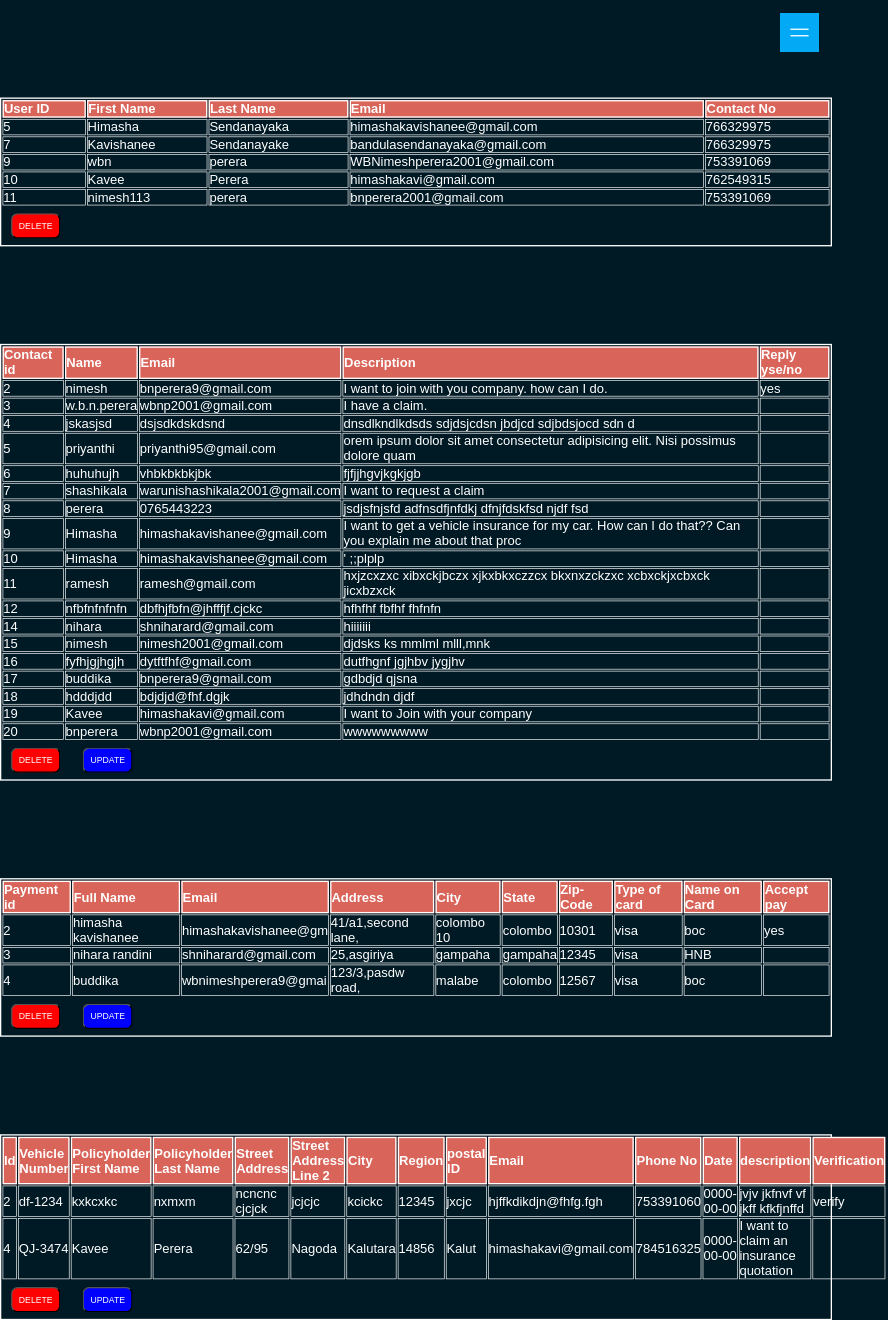
Repository: Nihara-R/Vehicle-Insurance-Portal
Page: http://localhost/admin.php
The author's editor kept a copy of each file at every save. The page is drawn from the files as they stood at one save, then again after the next save.
The browser window is 1280 px wide. The page is 1364 px wide, then 1366 px, so the pictures cover 1366 px, including what lies to the right of the window. The pictures show the whole page, at 65% of full size.
The page is run by PHP 8.4 with error messages shown; the project is at /var/www/html/. The database holds what the project's SQL file puts in it.

Above is the page before, as saved 2023-06-29 10:31:19.

### admin.php

<!DOCTYPE html>
<html lang="en">
<head>
    <meta charset="UTF-8">
    <meta http-equiv="X-UA-Compatible" content="IE=edge">
    <meta name="viewport" content="width=device-width, initial-scale=1.0">
    <title>admin</title>
    <link rel="stylesheet" href="css/admin.css">
</head>
<body>

    <div id="toggle"></div>
    <div id="sidebar">
        <ul>
           <li><a href="index.php">home</a></li>
           <li onclick="toggle0()"><a href="#">User</a></li>
           <li onclick="toggle1()"><a href="#">Message</a></li>
           <li onclick="toggle2()"><a href="#">Payment</a></li>
           <li onclick="toggle3()"><a href="#">claim</a></li>
        </ul>
    </div>

    <script>
        const toggle = document.getElementById('toggle');
        const sidebar = document.getElementById('sidebar');

        document.onclick = function(e){
            if(e.target.id !== 'sidebar' && e.target.id !== 'toggle')
            {
                toggle.classList.remove('active');
                sidebar.classList.remove('active');
            }
        }
        toggle.onclick = function(){
            toggle.classList.toggle('active');
            sidebar.classList.toggle('active');
        }
        function toggle0(){
            var x = document.getElementById('user');

            if(x.style.display === "none"){
                x.style.display = "block";
            }
            else{
                x.style.display ="none";
            }
        }

        function toggle1(){
            var x = document.getElementById('sowdata');

            if(x.style.display === "none"){
                x.style.display = "block";
            }
            else{
                x.style.display ="none";
            }
        }
        function toggle2(){
            var x = document.getElementById('showpay');

            if(x.style.display === "none"){
                x.style.display = "block";
            }
            else{
                x.style.display ="none";
            }
        }

        function toggle3(){
            var x = document.getElementById('sowclaim');

            if(x.style.display === "none"){
                x.style.display = "block";
            }
            else{
                x.style.display ="none";
            }
        }

    </script>


    <div id="user">
        <table>
        <tr>
          <th>User ID</th>
          <th>First Name</th>
            <th>Last Name</th>
            <th>Email</th>
            <th>Contact No</th>

        </tr>

        <?php
        include 'include/dbh.inc.php';

        $sql = "SELECT userid,firstname,lastname,useremail,contactno FROM singup";
        $result = $connection->query($sql);

        if($result -> num_rows > 0)
        {
            while($row = $result-> fetch_assoc()){
               echo "<tr><td>". $row['userid']." </td><td>". $row['firstname']." </td><td>". $row['lastname']." </td><td>". $row['useremail']."</td><td>".$row["contactno"]."</td></tr>";
            }
            echo "</table>";
        }
        else{
            echo "0 result";
        }
        $connection-> close();
        ?>
        </table>
        <a href="delet.php"><button type="button" name="button">DELETE</button></a>

    </div>






<div id="sowdata">
    <table>
    <tr>
        <th>Contact id</th>
        <th>Name</th>
        <th>Email</th>
        <th>Description</th>
        <th>Reply yse/no</th>
    </tr>

    <?php
    include 'include/dbh.inc.php';

    $sql = "SELECT id,name,email,description,reply FROM contactus";
    $result = $connection->query($sql);

    if($result -> num_rows > 0)
    {
        while($row = $result-> fetch_assoc()){
           echo "<tr><td>". $row['id']." </td><td>". $row['name']." </td><td>". $row['email']."</td><td>".$row["description"]."</td><td>".$row["reply"]."</td></tr>";
        }
        echo "</table>";
    }
    else{
        echo "0 result";
    }
    $connection-> close();
    ?>
    </table>
<a href="delete_contact.php"><button type="button" name="button">DELETE</button></a>
<a href="updatecontact.php"><button type="button" name="button" class="update">UPDATE</button></a>
</div>



<div id="showpay">
    <table>
    <tr>
      <th>Payment id</th>
        <th>Full Name</th>
        <th>Email</th>
        <th>Address</th>
        <th>City</th>
        <th>State</th>
        <th>Zip-Code</th>
        <th>Type of card</th>
        <th>Name on Card</th>
        <th>Accept pay</th>

    </tr>

    <?php
    include 'include/dbh.inc.php';

    $sql = "SELECT id,fullname,email,address,city,state,zipid,card,cardname,accept FROM payment";
    $result = $connection->query($sql);

    if($result -> num_rows > 0)
    {
        while($row = $result-> fetch_assoc()){
           echo "<tr><td>". $row['id']." </td><td>". $row['fullname']." </td><td>". $row['email']."</td><td>".$row["address"]."</td><td>".$row["city"]."</td><td>".$row["state"]."</td><td>".$row["zipid"]."</td><td>".$row["card"]."</td><td>".$row["cardname"]."</td><td>".$row["accept"]."</td></tr>";
        }
        echo "</table>";
    }
    else{
        echo "0 result";
    }
    $connection-> close();
    ?>
    </table>
<a href="delete_payment.php"><button type="button" name="button">DELETE</button></a>
<a href="paymentupdate.php"><button type="button" name="button" class="update">UPDATE</button></a>
</div>


<div id="sowclaim">
    <table>
    <tr>
        <th>Id</th>
        <th>Vehicle Number</th>
        <th>Policyholder First Name</th>
        <th>Policyholder Last Name</th>
        <th>Street Address</th>
        <th>Street Address Line 2</th>
        <th>City</th>
        <th>Region</th>
        <th>postal ID</th>
        <th>Email</th>
        <th>Phone No</th>
        <th>Date</th>
        <th>description</th>
        <th>Verification</th>
    </tr>

    <?php
    include 'include/dbh.inc.php';

    $sql = "SELECT id,vehicleNo,policyholderFnme,policyholderLname,streetAddress,streetAddressLine2,city,region,postalID,Email,phoneNo,verification,Date,discription FROM claim";
    $result = $connection->query($sql);

    if($result -> num_rows > 0)
    {
        while($row = $result-> fetch_assoc()){
           echo "<tr><td>". $row['id']." </td><td>". $row['vehicleNo']." </td><td>". $row['policyholderFnme']."</td><td>". $row['policyholderLname']."</td><td>". $row['streetAddress']."</td><td>". $row['streetAddressLine2']."</td><td>". $row['city']."</td><td>". $row['region']."</td><td>". $row['postalID']."</td><td>". $row['Email']."</td><td>". $row['phoneNo']."</td><td>". $row['Date']."</td><td>". $row['discription']."</td><td>".$row["verification"]."</td></tr>";
        }
        echo "</table>";
    }
    else{
        echo "0 result";
    }
    $connection-> close();
    ?>
    </table>
<a href="delete_claim.php"><button type="button" name="button">DELETE</button></a>
<a href="vehicleupdate.php"><button type="button" name="button" class="update">UPDATE</button></a>
</div>

</body>
</html>

### include/dbh.inc.php
<?php


$serverName = "localhost";
$dbUsername = "root";
$dbPassword = "";
$dbName = "nhr_insurence";

$connection =new mysqli($serverName, $dbUsername, $dbPassword, $dbName);

if($connection -> connect_error ){
    die("connection faild : ");
}

### css/admin.css
*{
    margin: 0;
    padding: 0;
    box-sizing: border-box;
    font-family: 'poppins',sans-serif;

}
body{
    background: #001a25;
}
#toggle{
    position: fixed;
    top :20px;
    right: 20px;
    width: 60px;
    height: 60px;
    background: #03a9f4;
    cursor: pointer;
    display: flex;
    justify-content: center;
    align-items: center;
}
#toggle::before{
    content: '';
    position: absolute;
    width: 28px;
    height: 2px;
    background: #fff;
    transform: translateY(-5px);
    transition: 0.2s;
}
#toggle::after{
    content: '';
    position: absolute;
    width: 28px;
    height: 2px;
    background: #fff;
    transform: translateY(5px);
    transition: 0.2s;
}
#toggle.active::before{
    transform: translateY(0px)rotate(45deg);
}
#toggle.active::after{
    transform: translateY(0px)rotate(-45deg);
}
#sidebar{
    position: fixed;
    top: 0;
    left: -300px;
    width: 300px;
    height: 100vh;
    background: #003147;
    transition: 0.5s;
}
#sidebar.active{
    left: 0px;
}
#sidebar ul{
    position: relative;
    margin-top: 50px;
}
#sidebar ul li{
    list-style: none;
    display: inline-block;
    width: 100%;
    padding: 10px 40px;
}
#sidebar ul li:hover{
    background: #03a9f4;
}
#sidebar ul li a{
   color: #fff;
   text-decoration: none;
   font-size: 1.5em;
   letter-spacing: 2px;

}
#user{
    color: white;
    margin-top: 150px;
    border: solid 2px white;
}
#sowdata{
    color: white;
    margin-top: 150px;
    border: solid 2px white;
}
#showpay{
    color: white;
    margin-top: 150px;
    border: solid 2px white;
}
#sowclaim{
    color: white;
    margin-top: 150px;
    border: solid 2px white;
}
a{
  padding: 5px;
  color: white;


}
button{
  margin: 10px;
  padding: 10px;
  border-radius: 10px;
  background-color: red;
  color: white;
}
.update{
  margin: 10px;
  padding: 10px;
  border-radius: 10px;
  background-color: blue;
  color: white;
}
table{

    width: 100%;
    font-family: monospace;
    font-size: 20px;
    text-align: left;
}
th{
    border: solid 2px white;
    background-color: #d96459;
    color: white;
}
td{
    border: solid 1px white;

}

### nhr_insurence.sql (the tables this page reads)
CREATE TABLE `claim` (
  `vehicleNo` varchar(10) NOT NULL,
  `id` int(11) NOT NULL,
  `agentFname` varchar(50) NOT NULL,
  `agentLname` varchar(50) NOT NULL,
  `policyholderFnme` varchar(50) NOT NULL,
  `policyholderLname` varchar(50) NOT NULL,
  `streetAddress` varchar(100) NOT NULL,
  `streetAddressLine2` varchar(100) NOT NULL,
  `city` varchar(20) NOT NULL,
  `region` varchar(20) NOT NULL,
  `postalID` varchar(5) NOT NULL,
  `Email` varchar(50) NOT NULL,
  `phoneNo` int(10) NOT NULL,
  `Date` date NOT NULL,
  `discription` varchar(800) NOT NULL,
  `verification` varchar(10) NOT NULL
) ENGINE=InnoDB DEFAULT CHARSET=utf8mb4;

INSERT INTO `claim` (`vehicleNo`, `id`, `agentFname`, `agentLname`, `policyholderFnme`, `policyholderLname`, `streetAddress`, `streetAddressLine2`, `city`, `region`, `postalID`, `Email`, `phoneNo`, `Date`, `discription`, `verification`) VALUES
('df-1234', 2, 'cncjc', 'ncmcmc', 'kxkcxkc', 'nxmxm', 'ncncnc cjcjck', 'jcjcjc', 'kcickc', '12345', 'jxcjc', 'hjffkdikdjn@fhfg.fgh', 753391060, '0000-00-00', 'jvjv jkfnvf vf jkff kfkfjnffd ', 'verify'),
('QJ-3474', 4, 'Buddika', 'Perera', 'Kavee', 'Perera', '62/95', 'Nagoda', 'Kalutara', '14856', 'Kalut', 'himashakavi@gmail.com', 784516325, '0000-00-00', 'I want to claim an insurance quotation', '');

ALTER TABLE `claim`
  ADD PRIMARY KEY (`id`);

ALTER TABLE `claim`
  MODIFY `id` int(11) NOT NULL AUTO_INCREMENT, AUTO_INCREMENT=5;

CREATE TABLE `contactus` (
  `id` int(11) NOT NULL,
  `name` varchar(30) NOT NULL,
  `email` varchar(30) NOT NULL,
  `description` varchar(100) NOT NULL,
  `reply` varchar(10) NOT NULL
) ENGINE=InnoDB DEFAULT CHARSET=utf8mb4;

INSERT INTO `contactus` (`id`, `name`, `email`, `description`, `reply`) VALUES
(2, 'nimesh', 'bnperera9@gmail.com', 'I want to join with you company. how can I do.', 'yes'),
(3, 'w.b.n.perera', 'wbnp2001@gmail.com', 'I have a claim.', ''),
(4, 'jskasjsd', 'dsjsdkdskdsnd', 'dnsdlkndlkdsds sdjdsjcdsn jbdjcd sdjbdsjocd sdn d  ', ''),
(5, 'priyanthi', 'priyanthi95@gmail.com', 'orem ipsum dolor sit amet consectetur adipisicing elit. \r\n                Nisi possimus dolore quam ', ''),
(6, 'huhuhujh', 'vhbkbkbkjbk', 'fjfjjhgvjkgkjgb', ''),
(7, 'shashikala', 'warunishashikala2001@gmail.com', 'I want to request a claim', ''),
(8, 'perera', '0765443223', 'jsdjsfnjsfd adfnsdfjnfdkj dfnjfdskfsd njdf fsd', ''),
(9, 'Himasha', 'himashakavishanee@gmail.com', 'I want to get a vehicle insurance for my car. How can I do that?? Can you explain me about that proc', ''),
(10, 'Himasha', 'himashakavishanee@gmail.com', '\'\r\n;;plplp', ''),
(11, 'ramesh', 'ramesh@gmail.com', 'hxjzcxzxc xibxckjbczx xjkxbkxczzcx bkxnxzckzxc xcbxckjxcbxck jicxbzxck ', ''),
(12, 'nfbfnfnfnfn', 'dbfhjfbfn@jhfffjf.cjckc', 'hfhfhf fbfhf fhfnfn', ''),
(14, 'nihara', 'shniharard@gmail.com', 'hiiiiiii', ''),
(15, 'nimesh', 'nimesh2001@gmail.com', 'djdsks ks mmlml mlll,mnk ', ''),
(16, 'fyfhjgjhgjh', 'dytftfhf@gmail.com', 'dutfhgnf jgjhbv jygjhv', ''),
(17, 'buddika', 'bnperera9@gmail.com', 'gdbdjd qjsna', ''),
(18, 'hdddjdd', 'bdjdjd@fhf.dgjk', 'jdhdndn djdf ', ''),
(19, 'Kavee', 'himashakavi@gmail.com', 'I want to Join with your company', ''),
(20, 'bnperera', 'wbnp2001@gmail.com', 'wwwwwwwww', '');

ALTER TABLE `contactus`
  ADD PRIMARY KEY (`id`);

ALTER TABLE `contactus`
  MODIFY `id` int(11) NOT NULL AUTO_INCREMENT, AUTO_INCREMENT=21;

CREATE TABLE `payment` (
  `id` int(11) NOT NULL,
  `fullname` varchar(30) NOT NULL,
  `email` varchar(20) NOT NULL,
  `address` varchar(30) NOT NULL,
  `city` varchar(20) NOT NULL,
  `state` varchar(10) NOT NULL,
  `zipid` varchar(10) NOT NULL,
  `card` varchar(20) NOT NULL,
  `cardname` varchar(20) NOT NULL,
  `cardnumber` varchar(20) NOT NULL,
  `expmonth` varchar(2) NOT NULL,
  `expyear` varchar(4) NOT NULL,
  `cvv` varchar(3) NOT NULL,
  `accept` varchar(10) NOT NULL
) ENGINE=InnoDB DEFAULT CHARSET=utf8mb4;

INSERT INTO `payment` (`id`, `fullname`, `email`, `address`, `city`, `state`, `zipid`, `card`, `cardname`, `cardnumber`, `expmonth`, `expyear`, `cvv`, `accept`) VALUES
(2, 'himasha kavishanee', 'himashakavishanee@gm', '41/a1,second lane,', 'colombo 10', 'colombo', '10301', 'visa', 'boc', '1234 4563 6758 1045', '25', '27', '321', 'yes'),
(3, 'nihara randini', 'shniharard@gmail.com', '25,asgiriya', 'gampaha', 'gampaha', '12345', 'visa', 'HNB', '1234 6745 9100 2657', '05', '2023', '564', ''),
(4, 'buddika', 'wbnimeshperera9@gmai', '123/3,pasdw road,', 'malabe', 'colombo', '12567', 'visa', 'boc', '1234123412341234', '23', '1234', '456', '');

ALTER TABLE `payment`
  ADD PRIMARY KEY (`id`);

ALTER TABLE `payment`
  MODIFY `id` int(11) NOT NULL AUTO_INCREMENT, AUTO_INCREMENT=6;

CREATE TABLE `singup` (
  `userid` int(11) NOT NULL,
  `firstname` varchar(50) NOT NULL,
  `lastname` varchar(50) NOT NULL,
  `useremail` varchar(50) NOT NULL,
  `contactno` int(10) NOT NULL,
  `upassword` varchar(140) NOT NULL,
  `repassword` varchar(140) NOT NULL
) ENGINE=InnoDB DEFAULT CHARSET=utf8mb4;

INSERT INTO `singup` (`userid`, `firstname`, `lastname`, `useremail`, `contactno`, `upassword`, `repassword`) VALUES
(5, 'Himasha', 'Sendanayaka', 'himashakavishanee@gmail.com', 766329975, '$2y$10$BdEeVrkRBfgVwoxfnS/BBuWzGPKhWpSRyY1XqZORYwhRVNypTHIda', ''),
(7, 'Kavishanee', 'Sendanayake', 'bandulasendanayaka@gmail.com', 766329975, '$2y$10$qGwmeQBmTBH8a8HqZDKCEuhKPxCZXyESKW2KSuVsiPb5JY4lQFJDC', ''),
(9, 'wbn', 'perera', 'WBNimeshperera2001@gmail.com', 753391069, '$2y$10$sV3t.38YVo9MssHmW2Yop.yVPBq04.wO096Z2pTmrxvwN8QXjRpUG', ''),
(10, 'Kavee', 'Perera', 'himashakavi@gmail.com', 762549315, '$2y$10$livUo3GHu0VH34.peVcxku4P8JmxgWXRoJiPwFYkHpXpYzTu//AJi', ''),
(11, 'nimesh113', 'perera', 'bnperera2001@gmail.com', 753391069, '$2y$10$U3u.75SqN3qfajOHTmlUbu4xUiKk7YUlIf4qW9p2mi.Z9Lq8HDqyu', '');

ALTER TABLE `singup`
  ADD PRIMARY KEY (`userid`);

ALTER TABLE `singup`
  MODIFY `userid` int(11) NOT NULL AUTO_INCREMENT, AUTO_INCREMENT=12;

After the next save:
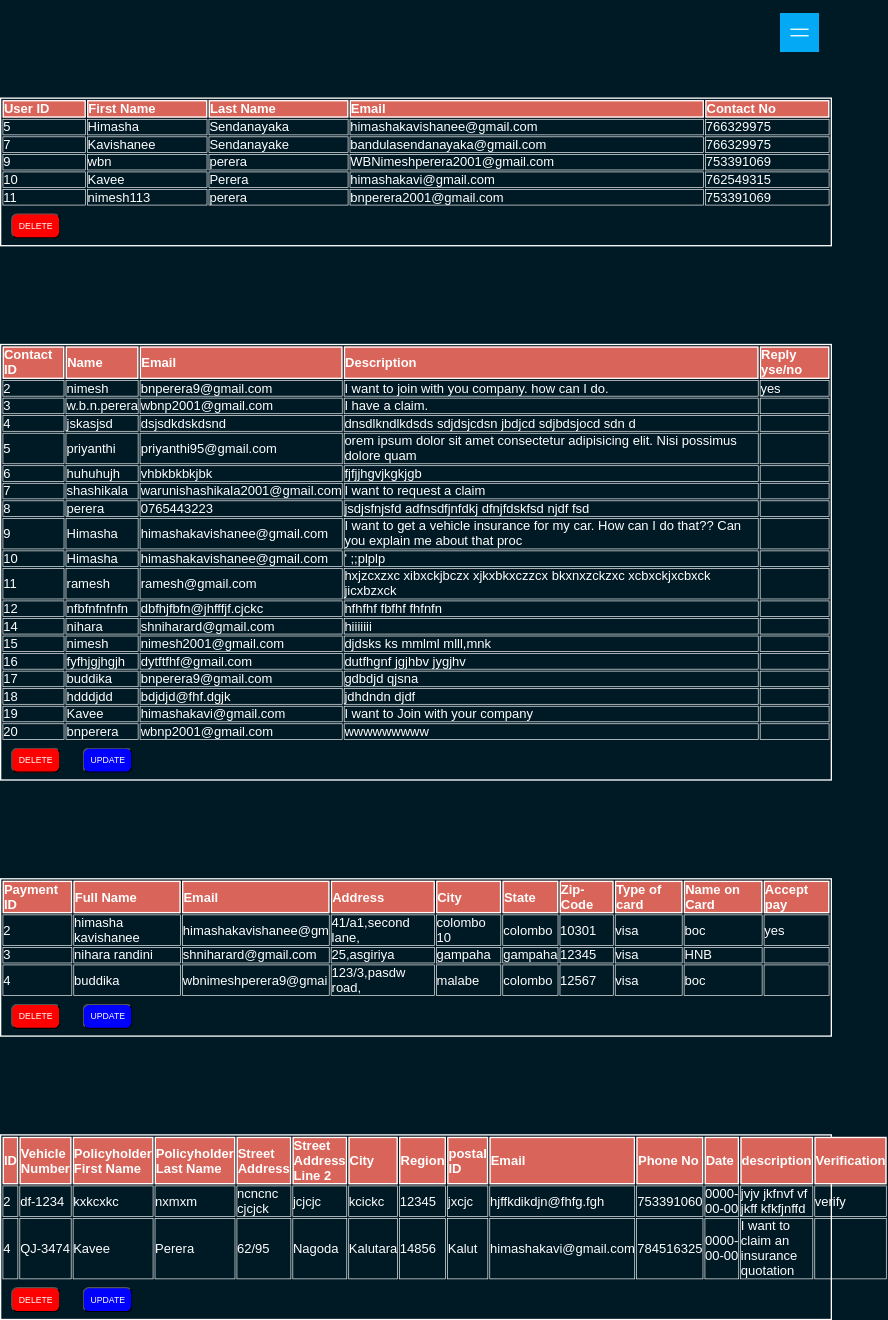
Saved 38 s later.
--- a/admin.php
+++ b/admin.php
@@ -124,7 +124,7 @@
 <div id="sowdata">
     <table>
     <tr>
-        <th>Contact id</th>
+        <th>Contact ID</th>
         <th>Name</th>
         <th>Email</th>
         <th>Description</th>
@@ -159,7 +159,7 @@
 <div id="showpay">
     <table>
     <tr>
-      <th>Payment id</th>
+      <th>Payment ID</th>
         <th>Full Name</th>
         <th>Email</th>
         <th>Address</th>
@@ -199,7 +199,7 @@
 <div id="sowclaim">
     <table>
     <tr>
-        <th>Id</th>
+        <th>ID</th>
         <th>Vehicle Number</th>
         <th>Policyholder First Name</th>
         <th>Policyholder Last Name</th>
